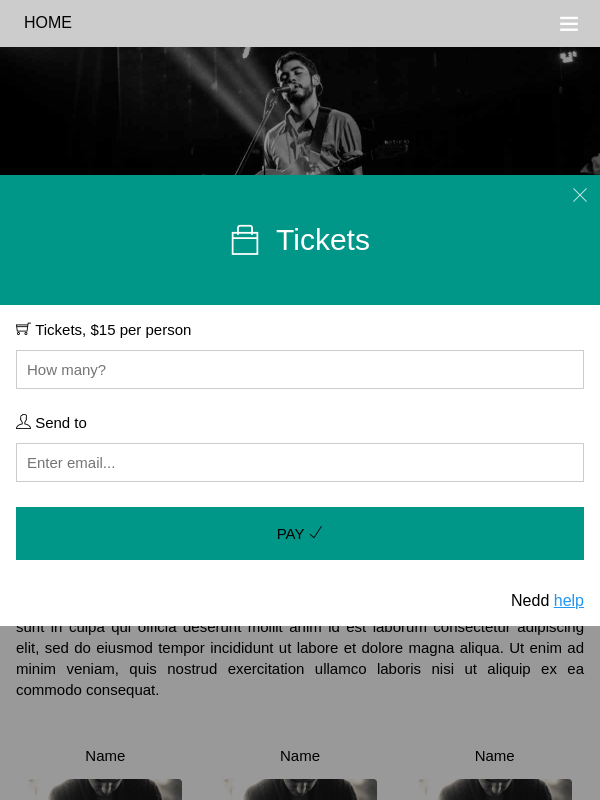
Repository: Thanhtrunghoang123/the-band
Page: index.html
The author's editor kept a copy of each file at every save. The page is drawn from the files as they stood at one save, then again after the next save.
The browser window is 600 px wide. The pictures show the window.
A layer covers the whole window, so only the first screen is drawn.

Above is the page before, as saved 2022-07-28 06:54:57.

After the next save:
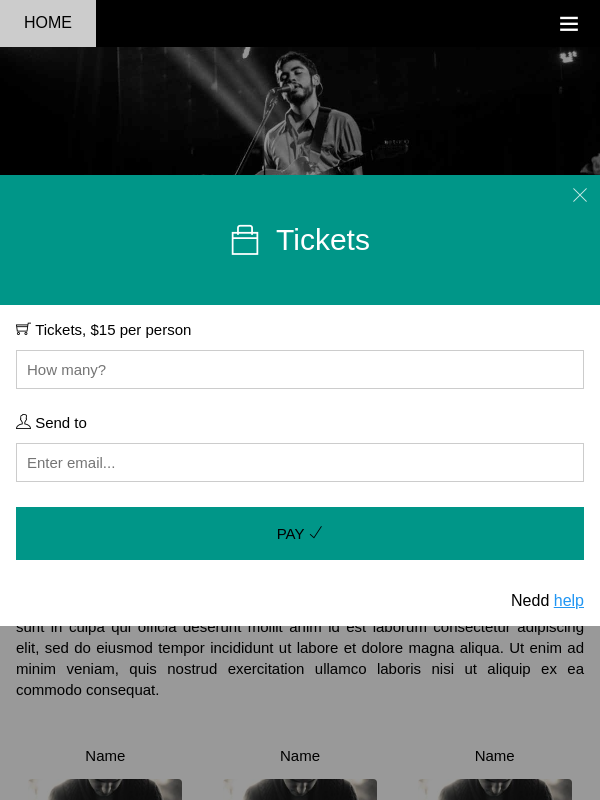
Saved 14 min 11 s later.
--- a/assest/css/responsive.css
+++ b/assest/css/responsive.css
@@ -18,6 +18,10 @@
         display: block;
     }
 
+    #nav > li:first-child {
+        display: inline-block;
+    }
+
     #header .mobile-menu-btn {
         display: block;
     }
